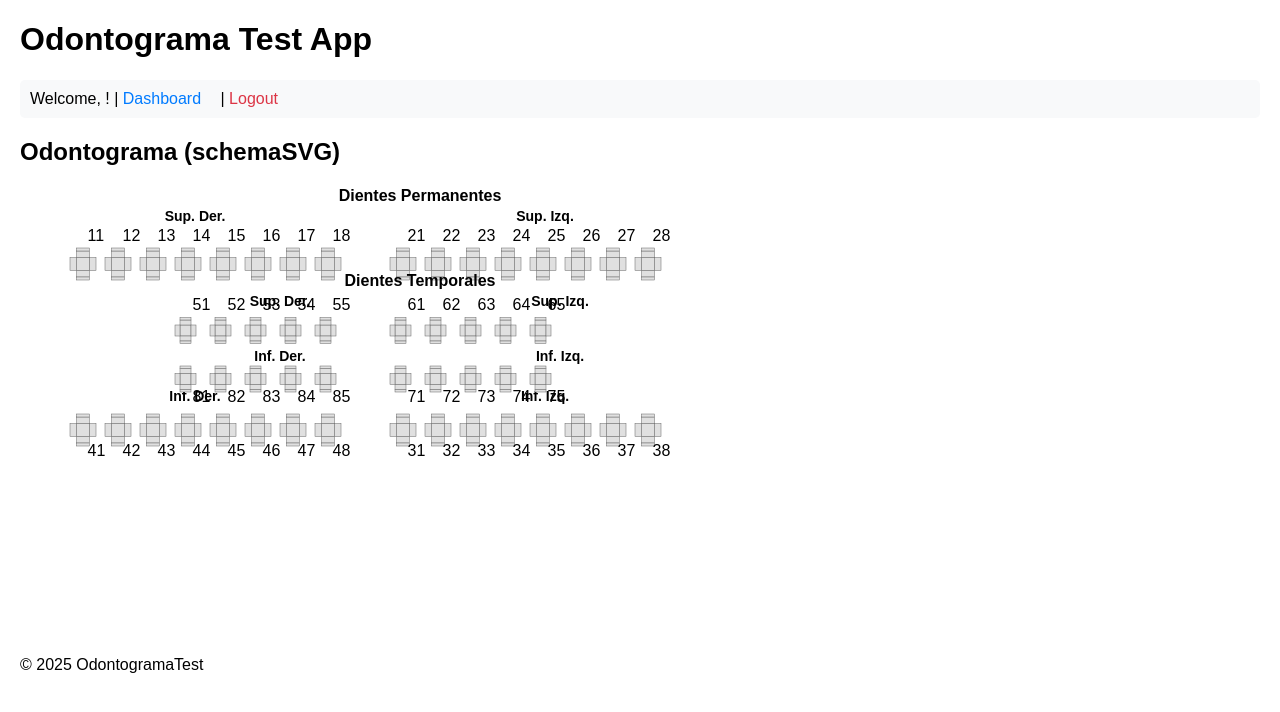
Repository: werfelyesid/OdontogramaTest
Page: http://localhost/dashboard/
These files come from the project's save history. The page is drawn as it stood at one moment and after the next save; the edit follows.
The browser window is 1280 px wide. The pictures show the whole page.
The page is served by the project's application, run on Django 4.2 (manage.py). A made-up administrator, testuser (Test User, test@example.com), is signed in. Other server files are loaded and not shown.

Above is the page before, as saved 2025-04-20 15:25:04.

### core/templates/core/dashboard.html
<!-- filepath: /home/yesid-ramirez/OdontogramaTest/core/templates/core/dashboard.html -->
{% extends "core/base.html" %}

{% block title %}Doctor Dashboard{% endblock %}

{% block content %}
{% comment %} ...existing content... {% endcomment %}
<h2>Odontograma (schemaSVG)</h2>
<div id="odontogram-container" style="position: relative;">
    {% include "core/_odontogram.html" %}
</div>
{% comment %} ...existing content... {% endcomment %}
{% endblock %}

{% block extra_js %}
<script>
    // Function to generate the teeth within the SVG structure
    function generateOdontogram() {
        const svgNS = "http://www.w3.org/2000/svg";
        const toothWidth = 35; // Width for spacing
        const permStartX = 50;
        const permGap = 40;
        const permQWidth = 8 * toothWidth;
        // Align deciduous start under the 4th permanent tooth (index 3)
        const decidStartX = permStartX + (3 * toothWidth); // Adjusted start X
        const decidGap = 40;
        const decidQWidth = 5 * toothWidth;

        // Adjusted Y coordinates for spacing numbers
        const numberSpacing = 15; // Space for number + gap
        const toothHeightPerm = 29; // Approx height of permanent tooth shape
        const toothHeightDecid = 23.5; // Approx height of deciduous tooth shape
        const rowGap = 25; // Gap between rows

        const permUpperY = 50 + numberSpacing; // Move down to make space above
        const decidUpperY = permUpperY + toothHeightPerm + rowGap + numberSpacing;
        const decidLowerY = decidUpperY + toothHeightDecid + rowGap;
        const permLowerY = decidLowerY + toothHeightDecid + rowGap;


        // Helper function to create a tooth
        function createTooth(quadrantElement, toothNum, index, totalInQuadrant, shapeId, xOffset, yOffset, isLeftQuadrant) {
            if (!quadrantElement) return;

            const toothNode = document.createElementNS(svgNS, "g");
            toothNode.setAttribute('class', 'tooth');
            toothNode.setAttribute('id', `tooth-${toothNum}`);
            toothNode.setAttribute('data-tooth-id', toothNum);

            const positionIndex = isLeftQuadrant ? index : (totalInQuadrant - 1 - index);
            const currentX = xOffset + positionIndex * toothWidth;
            toothNode.setAttribute('transform', `translate(${currentX}, ${yOffset})`);

            const useNode = document.createElementNS(svgNS, "use");
            useNode.setAttribute("href", shapeId);
            toothNode.appendChild(useNode);

            // Adjust surface names based on quadrant and type
            const surfaces = toothNode.querySelectorAll('.tooth-surface');
            surfaces.forEach(surface => {
                let type = surface.getAttribute('data-surface-type');
                // Swap M/D for left quadrants (2, 3, 6, 7)
                if (isLeftQuadrant) {
                    if (type === 'M') type = 'D';
                    else if (type === 'D') type = 'M';
                }
                // Adjust O/I based on tooth number (simplified)
                const toothIndexInArch = parseInt(String(toothNum).slice(-1)); // 1 to 8 or 1 to 5
                if (type === 'O') {
                     if (shapeId === '#tooth-shape' && toothIndexInArch <= 3) type = 'I'; // Permanent Incisors/Canine
                     if (shapeId === '#deciduous-tooth-shape' && toothIndexInArch <= 3) type = 'I'; // Deciduous Incisors/Canine
                }
                 // Adjust L/P for upper teeth
                if (String(toothNum)[0] === '1' || String(toothNum)[0] === '2' || String(toothNum)[0] === '5' || String(toothNum)[0] === '6') {
                    if (type === 'L') type = 'P'; // Palatal
                    if (type === 'CP') type = 'CP'; // Cervico-Palatal (already correct)
                } else {
                     if (type === 'P') type = 'L'; // Lingual (just in case)
                     if (type === 'CP') type = 'CL'; // Cervico-Lingual
                }
                surface.setAttribute('data-surface-type', type);
            });

            quadrantElement.appendChild(toothNode);

            // --- Add Tooth Number Label ---
            const numberText = document.createElementNS(svgNS, "text");
            numberText.setAttribute('class', 'tooth-number');
            numberText.textContent = toothNum;

            // Position above for upper rows (1, 2), below for lower rows (3, 4)
            const isUpperRow = (yOffset === permUpperY || yOffset === decidUpperY);
            const currentToothHeight = (shapeId === '#tooth-shape') ? toothHeightPerm : toothHeightDecid;
            const numberY = isUpperRow ? (yOffset - numberSpacing + 5) : (yOffset + currentToothHeight + numberSpacing - 5); // Adjusted Y for number

            numberText.setAttribute('x', currentX + toothWidth / 2); // Center horizontally over tooth position
            numberText.setAttribute('y', numberY);

            quadrantElement.appendChild(numberText); // Append number to the quadrant group
        }

        // --- Generate Permanent Teeth ---
        const q1 = document.getElementById('quadrant-1');
        const q2 = document.getElementById('quadrant-2');
        const q3 = document.getElementById('quadrant-3');
        const q4 = document.getElementById('quadrant-4');
        for (let i = 0; i < 8; i++) {
            // Q1 (18-11) - Upper Right
            createTooth(q1, 18 - i, i, 8, '#tooth-shape', permStartX, permUpperY, false);
            // Q2 (21-28) - Upper Left
            createTooth(q2, 21 + i, i, 8, '#tooth-shape', permStartX + permQWidth + permGap, permUpperY, true);
            // Q4 (48-41) - Lower Right
            createTooth(q4, 48 - i, i, 8, '#tooth-shape', permStartX, permLowerY, false);
             // Q3 (31-38) - Lower Left
            createTooth(q3, 31 + i, i, 8, '#tooth-shape', permStartX + permQWidth + permGap, permLowerY, true);
        }

        // --- Generate Deciduous Teeth ---
        const q5 = document.getElementById('quadrant-5');
        const q6 = document.getElementById('quadrant-6');
        const q7 = document.getElementById('quadrant-7');
        const q8 = document.getElementById('quadrant-8');
         for (let i = 0; i < 5; i++) {
            // Q5 (55-51) - Upper Right
            createTooth(q5, 55 - i, i, 5, '#deciduous-tooth-shape', decidStartX, decidUpperY, false);
            // Q6 (61-65) - Upper Left
            createTooth(q6, 61 + i, i, 5, '#deciduous-tooth-shape', decidStartX + decidQWidth + decidGap, decidUpperY, true);
            // Q8 (85-81) - Lower Right
            createTooth(q8, 85 - i, i, 5, '#deciduous-tooth-shape', decidStartX, decidLowerY, false);
            // Q7 (71-75) - Lower Left
            createTooth(q7, 71 + i, i, 5, '#deciduous-tooth-shape', decidStartX + decidQWidth + decidGap, decidLowerY, true);
        }
    }

    // Wait for the DOM to be fully loaded before generating and adding listeners
    document.addEventListener('DOMContentLoaded', function() {
        // Generate the SVG teeth
        generateOdontogram();

        const tooltip = document.getElementById('odontogram-tooltip');
        const container = document.getElementById('odontogram-container');

        if (!tooltip || !container) {
            console.error("Tooltip or container element not found!");
            return;
        }

        // Add listeners to tooth surfaces
        document.querySelectorAll('.tooth-surface').forEach(surface => {
            // Click listener
            surface.addEventListener('click', function(event) {
                const toothGroup = this.closest('.tooth');
                if (toothGroup) {
                    const toothId = toothGroup.getAttribute('data-tooth-id');
                    const surfaceType = this.getAttribute('data-surface-type');
                    console.log(`Clicked surface ${surfaceType} on tooth ${toothId}`);
                    this.classList.toggle('selected');
                } else {
                    console.error("Could not find parent '.tooth' group for clicked surface.");
                    console.log("Clicked element:", this);
                    console.log("Event target:", event.target);
                }
            });

            // Tooltip listeners
            surface.addEventListener('mouseover', function(event) {
                const toothGroup = this.closest('.tooth');
                if (toothGroup) {
                    const toothId = toothGroup.getAttribute('data-tooth-id');
                    const surfaceType = this.getAttribute('data-surface-type');
                    tooltip.textContent = `Diente ${toothId} (${surfaceType})`;
                    tooltip.style.display = 'block';
                    const containerRect = container.getBoundingClientRect();
                    tooltip.style.left = `${event.clientX - containerRect.left + 10}px`;
                    tooltip.style.top = `${event.clientY - containerRect.top + 10}px`;
                }
            });

            surface.addEventListener('mouseout', function() {
                tooltip.style.display = 'none';
            });

             surface.addEventListener('mousemove', function(event) {
                 if (tooltip.style.display === 'block') {
                    const containerRect = container.getBoundingClientRect();
                    tooltip.style.left = `${event.clientX - containerRect.left + 10}px`;
                    tooltip.style.top = `${event.clientY - containerRect.top + 10}px`;
                 }
             });
        });
    });

</script>
{% comment %} Styles moved to _odontogram.html {% endcomment %}
{% endblock %}

### core/templates/core/_odontogram.html
<svg id="schemaSVG" width="800" height="450" viewBox="0 0 800 450" xmlns="http://www.w3.org/2000/svg" xmlns:xlink="http://www.w3.org/1999/xlink">
    <title>Odontograma FDI</title>
    <style>
        /* Basic styling for SVG elements - can be moved to main CSS */
        .tooth { cursor: pointer; }
        .tooth-surface { fill: #e0e0e0; stroke: #666; stroke-width: 0.5; }
        .tooth-surface:hover { fill: #c0c0c0; }
        .tooth-surface.selected { fill: #ffeb3b; } /* Example selected style */
        .tooth text { font-size: 10px; font-family: sans-serif; text-anchor: middle; dominant-baseline: central; fill: #333; pointer-events: none; }
        .quadrant-label { font-size: 14px; font-family: sans-serif; font-weight: bold; text-anchor: middle; }
        .denture-label { font-size: 16px; font-family: sans-serif; font-weight: bold; text-anchor: middle; }
    </style>

    <!-- Define a reusable tooth structure (simplified box with 5 surfaces) -->
    <defs>
        <g id="tooth-shape"> <!-- Size increased ~30% -->
            <!-- Occlusal/Incisal surface (center) -->
            <rect class="tooth-surface surface-O" data-surface-type="O" x="6.5" y="6.5" width="13" height="13" />
            <!-- Vestibular surface (top) -->
            <rect class="tooth-surface surface-V" data-surface-type="V" x="6.5" y="0" width="13" height="6.5" />
            <!-- Lingual/Palatal surface (bottom) -->
            <rect class="tooth-surface surface-L" data-surface-type="L" x="6.5" y="19.5" width="13" height="6.5" />
            <!-- Mesial surface (left for Q1/Q4, right for Q2/Q3 - adjusted in JS) -->
            <rect class="tooth-surface surface-M" data-surface-type="M" x="0" y="6.5" width="6.5" height="13" />
            <!-- Distal surface (right for Q1/Q4, left for Q2/Q3 - adjusted in JS) -->
            <rect class="tooth-surface surface-D" data-surface-type="D" x="19.5" y="6.5" width="6.5" height="13" />
            <!-- Cervico-Vestibular (above V) -->
            <rect class="tooth-surface surface-CV" data-surface-type="CV" x="6.5" y="-3" width="13" height="3" />
            <!-- Cervico-Palatal/Lingual (below L) -->
            <rect class="tooth-surface surface-CP" data-surface-type="CP" x="6.5" y="26" width="13" height="3" />
            <!-- Tooth number text placeholder (added by JS) -->
            <text x="13" y="13"></text> <!-- Centered in the new 26x26 box -->
        </g>
         <g id="deciduous-tooth-shape"> <!-- Slightly smaller, increased ~30% -->
            <rect class="tooth-surface surface-O" data-surface-type="O" x="5" y="5" width="11" height="11" />
            <rect class="tooth-surface surface-V" data-surface-type="V" x="5" y="0" width="11" height="5" />
            <rect class="tooth-surface surface-L" data-surface-type="L" x="5" y="16" width="11" height="5" />
            <rect class="tooth-surface surface-M" data-surface-type="M" x="0" y="5" width="5" height="11" />
            <rect class="tooth-surface surface-D" data-surface-type="D" x="16" y="5" width="5" height="11" />
             <!-- Cervico-Vestibular (above V) -->
            <rect class="tooth-surface surface-CV" data-surface-type="CV" x="5" y="-2.5" width="11" height="2.5" />
            <!-- Cervico-Palatal/Lingual (below L) -->
            <rect class="tooth-surface surface-CP" data-surface-type="CP" x="5" y="21" width="11" height="2.5" />
            <text x="10.5" y="10.5"></text> <!-- Centered in the new 21x21 box -->
        </g>
    </defs>

    <!-- Permanent Denture - Row 1 & 4 -->
    <g id="permanent-denture">
        <text x="400" y="15" class="denture-label">Dientes Permanentes</text>
        <!-- Quadrant 1 (Upper Right: 18-11) -->
        <g id="quadrant-1">
            <text x="175" y="35" class="quadrant-label">Sup. Der.</text>
        </g>
        <!-- Quadrant 2 (Upper Left: 21-28) -->
        <g id="quadrant-2">
             <text x="525" y="35" class="quadrant-label">Sup. Izq.</text>
        </g>
        <!-- Quadrant 4 (Lower Right: 48-41) -->
        <g id="quadrant-4">
            <text x="175" y="215" class="quadrant-label">Inf. Der.</text>
        </g>
        <!-- Quadrant 3 (Lower Left: 31-38) -->
         <g id="quadrant-3">
             <text x="525" y="215" class="quadrant-label">Inf. Izq.</text>
        </g>
    </g>

    <!-- Deciduous Denture - Row 2 & 3 -->
    <g id="deciduous-denture">
        <text x="400" y="100" class="denture-label">Dientes Temporales</text>
        <!-- Quadrant 5 (Upper Right: 55-51) -->
        <g id="quadrant-5">
             <text x="260" y="120" class="quadrant-label">Sup. Der.</text>
        </g>
        <!-- Quadrant 6 (Upper Left: 61-65) -->
        <g id="quadrant-6">
             <text x="540" y="120" class="quadrant-label">Sup. Izq.</text>
        </g>
         <!-- Quadrant 8 (Lower Right: 85-81) -->
        <g id="quadrant-8">
             <text x="260" y="175" class="quadrant-label">Inf. Der.</text>
        </g>
        <!-- Quadrant 7 (Lower Left: 71-75) -->
        <g id="quadrant-7">
             <text x="540" y="175" class="quadrant-label">Inf. Izq.</text>
        </g>
    </g>

</svg>
<!-- Tooltip Element (Initially Hidden) -->
<div id="odontogram-tooltip" style="position: absolute; display: none; background-color: rgba(0,0,0,0.7); color: white; padding: 5px 10px; border-radius: 4px; font-size: 12px; pointer-events: none; white-space: nowrap;"></div>

### core/views.py
from django.shortcuts import render, redirect, get_object_or_404
from django.contrib.auth import login, logout, authenticate
from django.contrib.auth.decorators import login_required
from django.contrib import messages
from .forms import DoctorRegistrationForm, PatientRegistrationForm, CustomLoginForm
from .models import Patient, CustomUser

def register_doctor_view(request):
    if request.method == 'POST':
        form = DoctorRegistrationForm(request.POST)
        if form.is_valid():
            user = form.save()
            login(request, user, backend='django.contrib.auth.backends.ModelBackend') # Log in the new doctor
            messages.success(request, 'Registration successful. You are now logged in.')
            return redirect('dashboard')
        else:
            messages.error(request, 'Registration unsuccessful. Please correct the errors below.')
    else:
        form = DoctorRegistrationForm()
    return render(request, 'core/register_doctor.html', {'form': form})

def login_view(request):
    if request.user.is_authenticated:
        return redirect('dashboard') # Redirect if already logged in

    if request.method == 'POST':
        form = CustomLoginForm(request, data=request.POST)
        if form.is_valid():
            email = form.cleaned_data.get('username') # Form uses 'username' for the email field
            password = form.cleaned_data.get('password')
            user = authenticate(request, email=email, password=password)
            if user is not None:
                login(request, user)
                messages.info(request, f"Welcome back, {user.get_full_name()}.")
                # Redirect to the URL specified in 'next' parameter or dashboard
                next_url = request.POST.get('next', 'dashboard')
                return redirect(next_url)
            else:
                messages.error(request, "Invalid email or password.")
        else:
             messages.error(request, "Invalid email or password.")
    else:
        form = CustomLoginForm()

    return render(request, 'core/login.html', {'form': form, 'next': request.GET.get('next', '')})


def logout_view(request):
    logout(request)
    messages.info(request, "You have successfully logged out.")
    return redirect('login')

@login_required
def dashboard_view(request):
    # Ensure the logged-in user is a CustomUser instance
    doctor = request.user
    if not isinstance(doctor, CustomUser):
         # Handle cases where user might not be the expected type (e.g., admin user)
         # Or redirect non-doctors elsewhere
         messages.warning(request, "Access restricted to doctors.")
         return redirect('login')

    context = {
        'doctor_name': doctor.get_full_name()
    }
    return render(request, 'core/dashboard.html', context)

@login_required
def register_patient_view(request):
    if request.method == 'POST':
        form = PatientRegistrationForm(request.POST)
        if form.is_valid():
            patient = form.save(commit=False)
            patient.doctor = request.user # Assign the logged-in doctor
            patient.save()
            messages.success(request, f'Patient {patient.primer_nombre} {patient.primer_apellido} registered successfully.')
            # Redirect to patient detail page or back to dashboard?
            return redirect('dashboard') # Redirecting back to dashboard for now
        else:
            messages.error(request, 'Patient registration unsuccessful. Please correct the errors below.')
    else:
        form = PatientRegistrationForm()
    return render(request, 'core/register_patient.html', {'form': form})

# Add views for patient details, editing, odontogram interaction later

### OdontogramaTest/urls.py
from django.contrib import admin
from django.urls import path, include

urlpatterns = [
    path('admin/', admin.site.urls),
    path('', include('core.urls')), # Include core app URLs
]

### core/urls.py
from django.urls import path
from . import views

urlpatterns = [
    path('register/doctor/', views.register_doctor_view, name='register_doctor'),
    path('login/', views.login_view, name='login'),
    path('logout/', views.logout_view, name='logout'),
    path('dashboard/', views.dashboard_view, name='dashboard'),
    path('register/patient/', views.register_patient_view, name='register_patient'),
    # Add other URLs for patient details, odontogram actions etc.
    path('', views.login_view), # Redirect root to login for now
]

Loaded but not shown: core/models.py (117 lines, source omitted); core/templates/core/base.html (74 lines, source omitted)

After the next save:
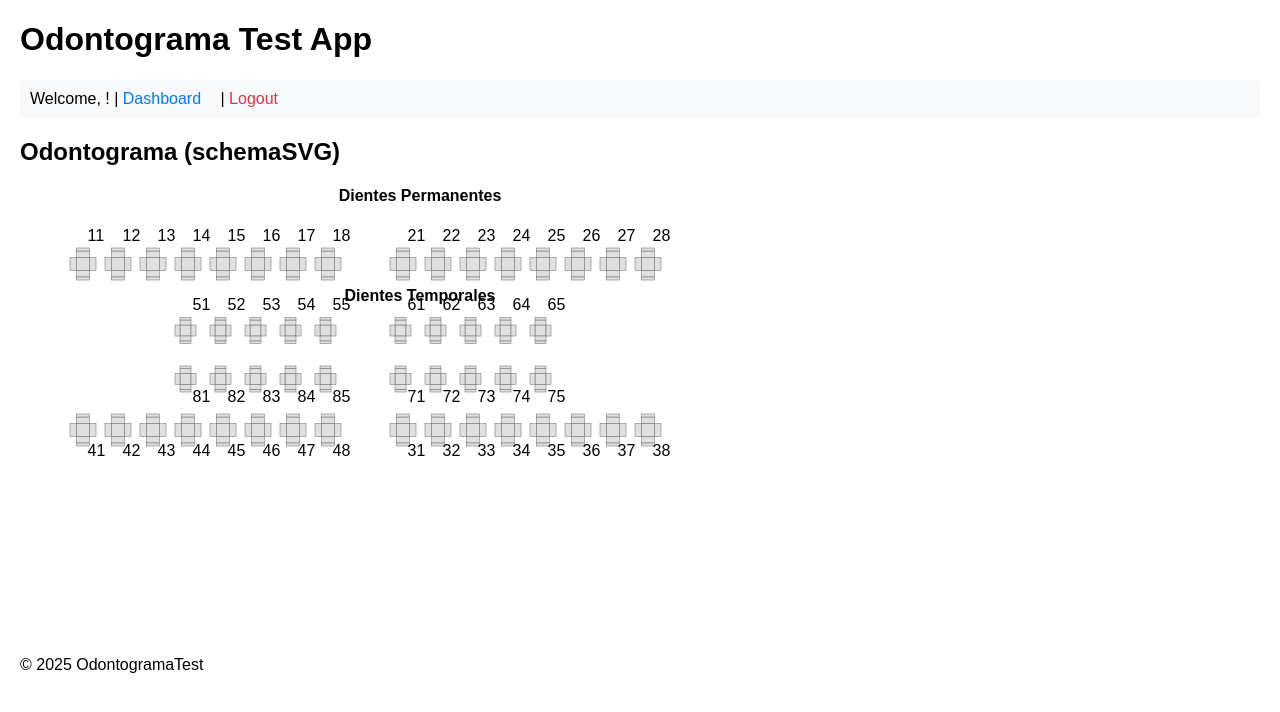
Saved 92 s later.
--- a/core/templates/core/_odontogram.html
+++ b/core/templates/core/_odontogram.html
@@ -28,8 +28,8 @@
             <rect class="tooth-surface surface-CV" data-surface-type="CV" x="6.5" y="-3" width="13" height="3" />
             <!-- Cervico-Palatal/Lingual (below L) -->
             <rect class="tooth-surface surface-CP" data-surface-type="CP" x="6.5" y="26" width="13" height="3" />
-            <!-- Tooth number text placeholder (added by JS) -->
-            <text x="13" y="13"></text> <!-- Centered in the new 26x26 box -->
+            <!-- Tooth number text placeholder REMOVED -->
+            <!-- <text x="13" y="13"></text> -->
         </g>
          <g id="deciduous-tooth-shape"> <!-- Slightly smaller, increased ~30% -->
             <rect class="tooth-surface surface-O" data-surface-type="O" x="5" y="5" width="11" height="11" />
@@ -41,7 +41,8 @@
             <rect class="tooth-surface surface-CV" data-surface-type="CV" x="5" y="-2.5" width="11" height="2.5" />
             <!-- Cervico-Palatal/Lingual (below L) -->
             <rect class="tooth-surface surface-CP" data-surface-type="CP" x="5" y="21" width="11" height="2.5" />
-            <text x="10.5" y="10.5"></text> <!-- Centered in the new 21x21 box -->
+             <!-- Tooth number text placeholder REMOVED -->
+            <!-- <text x="10.5" y="10.5"></text> -->
         </g>
     </defs>
 
@@ -50,40 +51,40 @@
         <text x="400" y="15" class="denture-label">Dientes Permanentes</text>
         <!-- Quadrant 1 (Upper Right: 18-11) -->
         <g id="quadrant-1">
-            <text x="175" y="35" class="quadrant-label">Sup. Der.</text>
+            <!-- Quadrant Label Text REMOVED -->
         </g>
         <!-- Quadrant 2 (Upper Left: 21-28) -->
         <g id="quadrant-2">
-             <text x="525" y="35" class="quadrant-label">Sup. Izq.</text>
+             <!-- Quadrant Label Text REMOVED -->
         </g>
         <!-- Quadrant 4 (Lower Right: 48-41) -->
         <g id="quadrant-4">
-            <text x="175" y="215" class="quadrant-label">Inf. Der.</text>
+             <!-- Quadrant Label Text REMOVED -->
         </g>
         <!-- Quadrant 3 (Lower Left: 31-38) -->
          <g id="quadrant-3">
-             <text x="525" y="215" class="quadrant-label">Inf. Izq.</text>
+              <!-- Quadrant Label Text REMOVED -->
         </g>
     </g>
 
     <!-- Deciduous Denture - Row 2 & 3 -->
     <g id="deciduous-denture">
-        <text x="400" y="100" class="denture-label">Dientes Temporales</text>
+        <text x="400" y="115" class="denture-label">Dientes Temporales</text> <!-- Adjusted Y -->
         <!-- Quadrant 5 (Upper Right: 55-51) -->
         <g id="quadrant-5">
-             <text x="260" y="120" class="quadrant-label">Sup. Der.</text>
+              <!-- Quadrant Label Text REMOVED -->
         </g>
         <!-- Quadrant 6 (Upper Left: 61-65) -->
         <g id="quadrant-6">
-             <text x="540" y="120" class="quadrant-label">Sup. Izq.</text>
+              <!-- Quadrant Label Text REMOVED -->
         </g>
          <!-- Quadrant 8 (Lower Right: 85-81) -->
         <g id="quadrant-8">
-             <text x="260" y="175" class="quadrant-label">Inf. Der.</text>
+              <!-- Quadrant Label Text REMOVED -->
         </g>
         <!-- Quadrant 7 (Lower Left: 71-75) -->
         <g id="quadrant-7">
-             <text x="540" y="175" class="quadrant-label">Inf. Izq.</text>
+              <!-- Quadrant Label Text REMOVED -->
         </g>
     </g>
 
